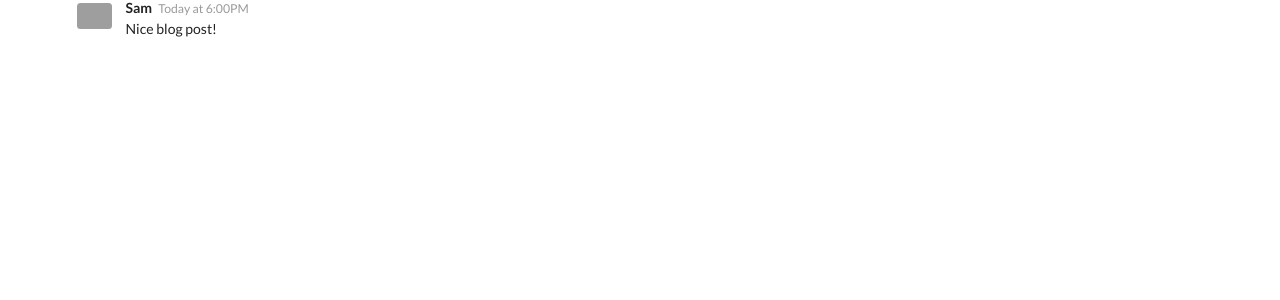
Repository: EgorSherstnev/Components
Page: /
These files come from the project's save history. The page is drawn as it stood at one moment and after the next save; the edit follows.
The browser window is 1280 px wide. The pictures show the whole page.
Pictures or frames that could not be fetched are drawn as grey boxes. The project was rebuilt for these pictures with package versions that can differ from the ones it lists, and the page was loaded fresh each time.

Above is the page before, as saved 2022-09-15 00:55:45.

### src/index.js
import React from "react";
import  ReactDOM  from "react-dom";
import { faker } from "@faker-js/faker";
import CommentDetail from "./CommentDetail";

const App = () => {
    return (
        <div className="ui container comments">
           <CommentDetail />
        </div>
    );
};

ReactDOM.render(<App />, document.querySelector('#root'))

### src/CommentDetail.js
import React from "react";
import { faker } from "@faker-js/faker";

const CommentDetail = () => {
    return (
        <div className="comment">
                <a href="/" className="avatar">
                    <img alt="avatar" src={faker.image.avatar()}/>
                </a>
                <div className="content">
                    <a href="/" className="author">
                        Sam
                    </a>
                    <div className="metadata">
                        <span className="date">Today at 6:00PM</span>
                    </div>
                    <div className="text">Nice blog post!</div>
                </div>
            </div>
    );
};

export default CommentDetail;

Loaded but not shown: public/index.html (common file)

After the next save:
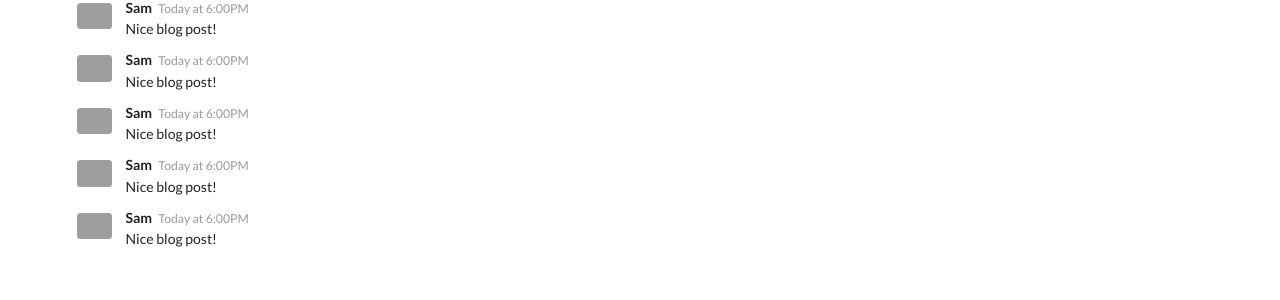
Saved 89 s later.
--- a/src/index.js
+++ b/src/index.js
@@ -7,6 +7,10 @@ const App = () => {
     return (
         <div className="ui container comments">
            <CommentDetail />
+           <CommentDetail />
+           <CommentDetail />
+           <CommentDetail />
+           <CommentDetail />
         </div>
     );
 };
